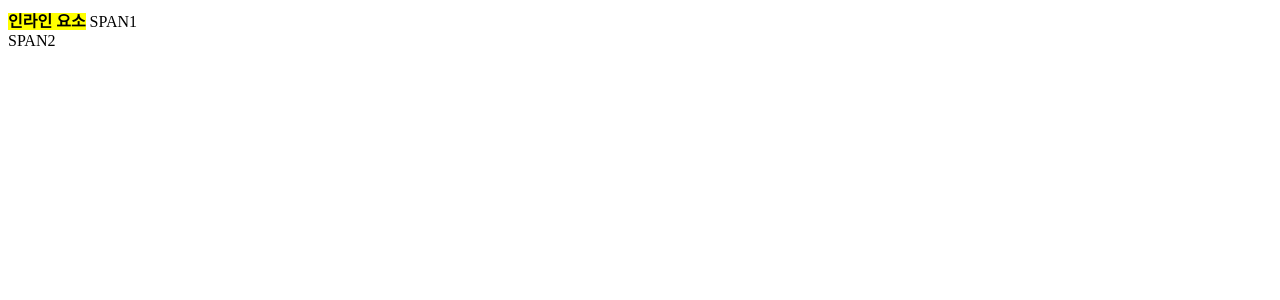
Repository: guswnsdldl/gb
Page: html workspace/g_display/src/main/webapp/inline.html
The author's editor kept a copy of each file at every save. The page is drawn from the files as they stood at one save, then again after the next save.
The browser window is 1280 px wide. The pictures show the whole page.

Above is the page before, as saved 2024-08-06 05:05:01.

### html workspace/g_display/src/main/webapp/inline.html
<!DOCTYPE html>
<html>
<head>
<meta charset="UTF-8">
<title>인라인 요소</title>
</head>
<body>

<strong style="background-color: yellow; width:300px; height:300px; ">인라인 요소</strong>
<span style="margin-bottom: 50px;">SPAN1</span><br>
<span>SPAN2</span><br>

</body>
</html>

After the next save:
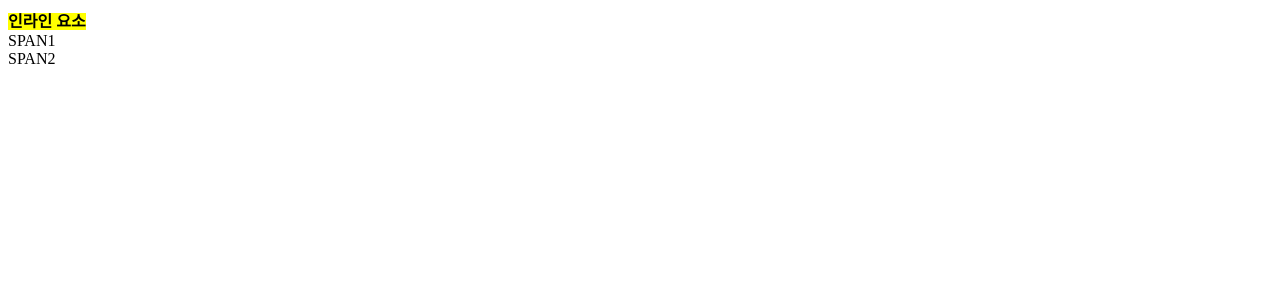
Saved 16 s later.
--- a/html workspace/g_display/src/main/webapp/inline.html
+++ b/html workspace/g_display/src/main/webapp/inline.html
@@ -6,7 +6,7 @@
 </head>
 <body>
 
-<strong style="background-color: yellow; width:300px; height:300px; ">인라인 요소</strong>
+<strong style="background-color: yellow; width:300px; height:300px; ">인라인 요소</strong><br>
 <span style="margin-bottom: 50px;">SPAN1</span><br>
 <span>SPAN2</span><br>
 
